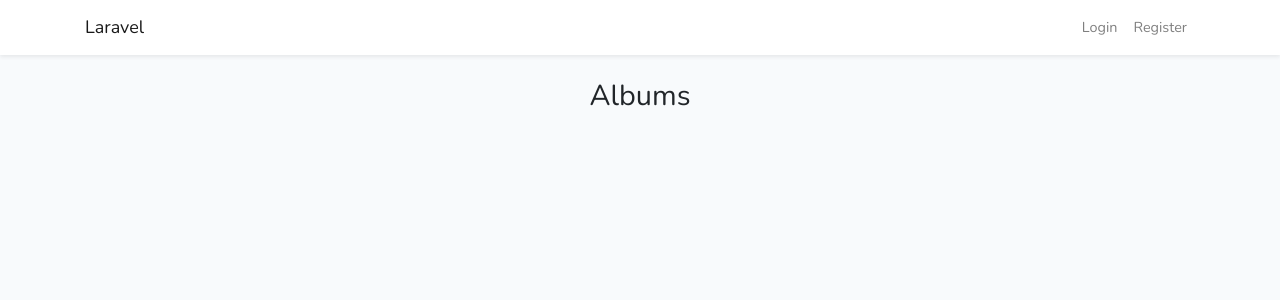
Repository: mohamedelbadawi/Simple-galley-using-laravel
Page: http://localhost/admin/albums/create
These files come from the project's save history. The page is drawn as it stood at one moment and after the next save; the edit follows.
The browser window is 1280 px wide. The pictures show the whole page.
The page is served by the project's Laravel application, run on PHP 8.4 with Laravel 8. Other server files are loaded and not shown.

Above is the page before, as saved 2021-08-31 09:35:27.

### Gallery/routes/web.php
<?php

use App\Http\Controllers\AlbumsController;
use Illuminate\Support\Facades\Auth;
use Illuminate\Support\Facades\Route;

/*
|--------------------------------------------------------------------------
| Web Routes
|--------------------------------------------------------------------------
|
| Here is where you can register web routes for your application. These
| routes are loaded by the RouteServiceProvider within a group which
| contains the "web" middleware group. Now create something great!
|
 */

Route::get('/', function () {
    return view('gallery/index');
});

Route::get('/home', function () {
    return view('gallery/index');
});

Route::get('/index', function () {
    return view('gallery/index');
})->name('index');

Route::get('/gallery', function () {
    return view('gallery/gallery');
})->name('gallery');

Route::get('/about', function () {
    return view('gallery/about');
})->name('about');

Route::get('/contact', function () {
    return view('gallery/contact');
})->name('contact');
Route::get('/blog', function () {
    return view('gallery/blog');
})->name('blog');

Route::prefix('admin')->group(function () {
    Auth::routes();
    Route::get('/dashboard', function () {
        return view('admin/dashboard');
    });
    Route::get('/albums/create',[AlbumsController::class,'create']);


});
Route::get('/admin', function () {
    return view('admin.Dashboard');
})->middleware('auth');

### Gallery/app/Http/Controllers/AlbumsController.php
<?php

namespace App\Http\Controllers;

class AlbumsController extends Controller
{
    public function index()
    {

    }

    public function create()
    {

        return view('admin.albums.create');
    }

}

### Gallery/resources/views/admin/albums/create.blade.php
@extends('layouts.app')
@section('content')
    <h2 class="text-center">Albums</h2>
@endsection

Loaded but not shown: Gallery/app/Http/Controllers/Auth/ConfirmPasswordController.php (common file); Gallery/app/Http/Controllers/Controller.php (common file); Gallery/resources/views/layouts/app.blade.php (common file); Gallery/public/css/app.css (library)

After the next save:
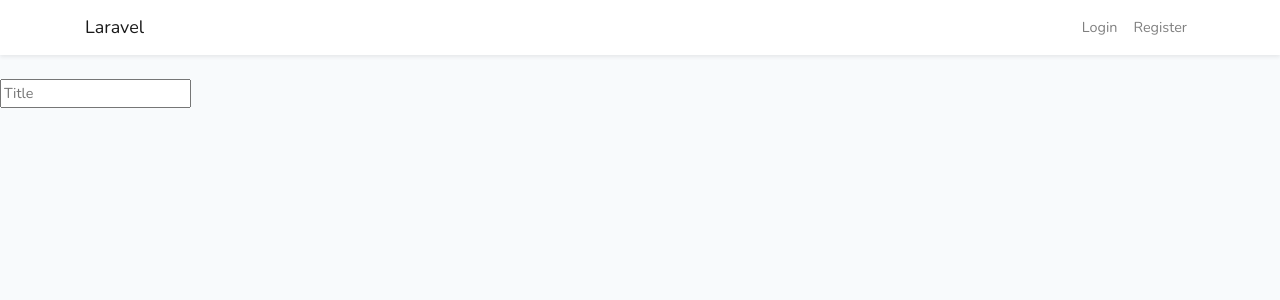
Saved 2 min 16 s later.
--- a/Gallery/resources/views/admin/albums/create.blade.php
+++ b/Gallery/resources/views/admin/albums/create.blade.php
@@ -1,4 +1,13 @@
 @extends('layouts.app')
 @section('content')
-    <h2 class="text-center">Albums</h2>
+
+    <form action="">
+        <div class="form-group">
+        <input type="text" name="title" placeholder="Title">
+
+        </div>
+
+    </form>
+
+
 @endsection
